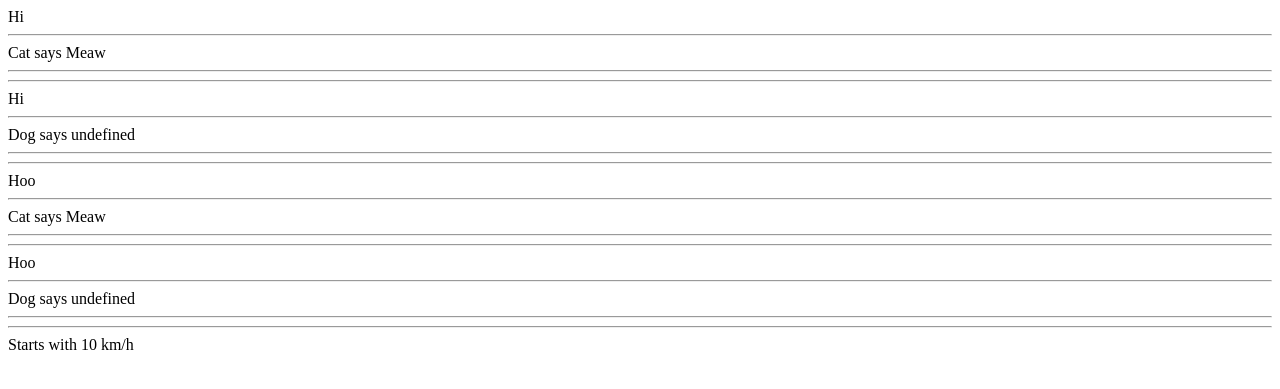
Repository: raghav3003/Simplilearn_phase4
Page: Javascript_phase_4_programs/public/start_call_bind.html
An editor plug-in stored every save of this project. The page is shown before and after the next save, followed by the edit.
The browser window is 1280 px wide. The pictures show the whole page.

Above is the page before, as saved 2021-06-30 09:44:14.

After the next save:
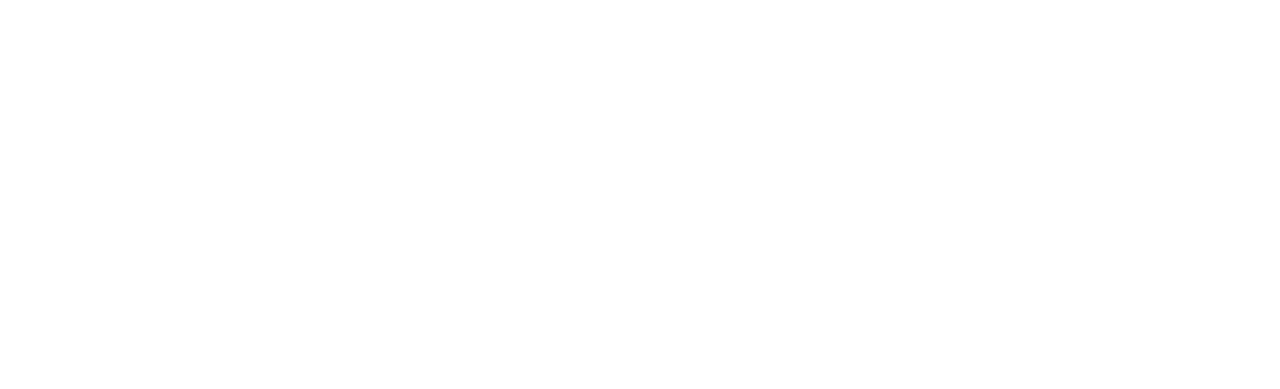
Saved 23 s later.
--- a/Javascript_phase_4_programs/public/start_call_bind.html
+++ b/Javascript_phase_4_programs/public/start_call_bind.html
@@ -1,37 +1,49 @@
 <!DOCTYPE html>
 <html>
 <head>
-<meta charset="ISO-8859-1">
+<meta charset="UTF-8">
 <title>Insert title here</title>
 </head>
 <body>
-<script type="text/javascript">
-let cat = {type: 'Cat', sound: 'Meaw'};
-let dog = {type: 'Dog', cound: 'Woof'};
-let say = function(greeting){
-	document.write(greeting);
-	document.write("<hr>");
-	document.write(this.type+' says '+this.sound);
-	document.write("<hr><hr>");
-};
-say.apply(cat, ['Hi']);
-say.apply(dog,['Hi']);
-say.call(cat, 'Hoo');
-say.call(dog,'Hoo');
-let car = {
-		speed:5,
-		start: function(){
-			document.write('Starts with '+this.speed+" km/h");
+
+	<script type="text/javascript">
+	let cat = {type:'Cat',sound:'Meow'}
+	let dog = {type:'Dog',sound:'Woof'}
+
+	let say = function (greeting){
+		console.log(greeting)
+		console.log(this.type+" "+this.sound)
+	}
+
+	say.apply(cat,['Hi'])
+	say.apply(dog,['Hi'])
+
+
+
+	say.call(cat,'Hio')
+	say.call(dog,'Hio')
+
+
+	let car = {
+		speed : 5,
+		start : function(){
+			console.log("Starts with "+this.speed);
 		}
-};
-let aircraft ={
-		speed:10,
-		fly: function(){
-			document.write('Flying');
+	};
+
+
+	let aircraft = {
+		speed : 10,
+		fly : function(){
+			console.log("Flying");
 		}
-};
-let taxiing = car.start.bind(aircraft);
-taxiing();
-</script>
+	};
+
+
+	let taxing = car.start.bind(aircraft)
+	taxing();
+
+	</script>
+
 </body>
 </html>

After the 3 saves that followed:
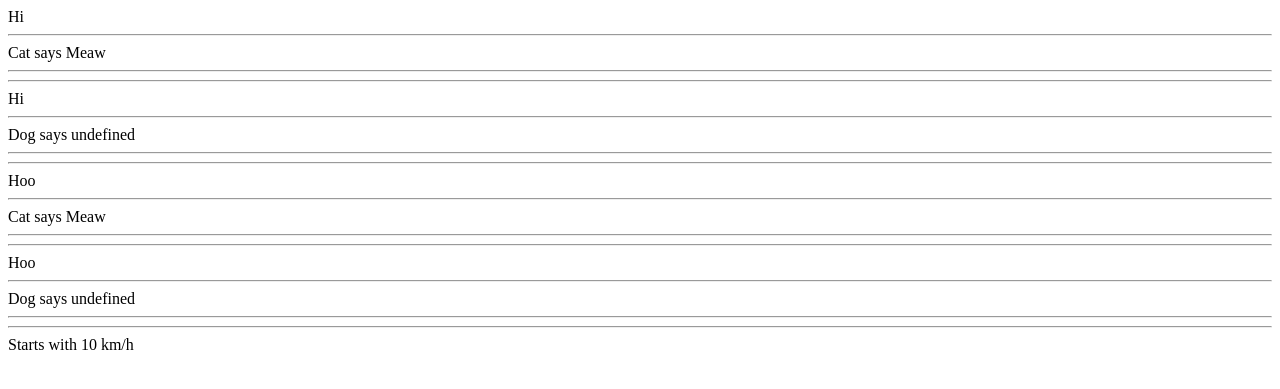
The 3 saves are shown as one change because 1 left the picture as it was and some came seconds apart.
The last was saved 2 min 3 s later.
--- a/Javascript_phase_4_programs/public/start_call_bind.html
+++ b/Javascript_phase_4_programs/public/start_call_bind.html
@@ -7,41 +7,32 @@
 <body>
 
 	<script type="text/javascript">
-	let cat = {type:'Cat',sound:'Meow'}
-	let dog = {type:'Dog',sound:'Woof'}
-
-	let say = function (greeting){
-		console.log(greeting)
-		console.log(this.type+" "+this.sound)
-	}
-
-	say.apply(cat,['Hi'])
-	say.apply(dog,['Hi'])
-
-
-
-	say.call(cat,'Hio')
-	say.call(dog,'Hio')
-
-
+	let cat = {type: 'Cat', sound: 'Meaw'};
+	let dog = {type: 'Dog', cound: 'Woof'};
+	let say = function(greeting){
+		document.write(greeting);
+		document.write("<hr>");
+		document.write(this.type+' says '+this.sound);
+		document.write("<hr><hr>");
+	};
+	say.apply(cat, ['Hi']);
+	say.apply(dog,['Hi']);
+	say.call(cat, 'Hoo');
+	say.call(dog,'Hoo');
 	let car = {
-		speed : 5,
-		start : function(){
-			console.log("Starts with "+this.speed);
-		}
+			speed:5,
+			start: function(){
+				document.write('Starts with '+this.speed+" km/h");
+			}
 	};
-
-
-	let aircraft = {
-		speed : 10,
-		fly : function(){
-			console.log("Flying");
-		}
+	let aircraft ={
+			speed:10,
+			fly: function(){
+				document.write('Flying');
+			}
 	};
-
-
-	let taxing = car.start.bind(aircraft)
-	taxing();
+	let taxiing = car.start.bind(aircraft);
+	taxiing();
 
 	</script>
 
